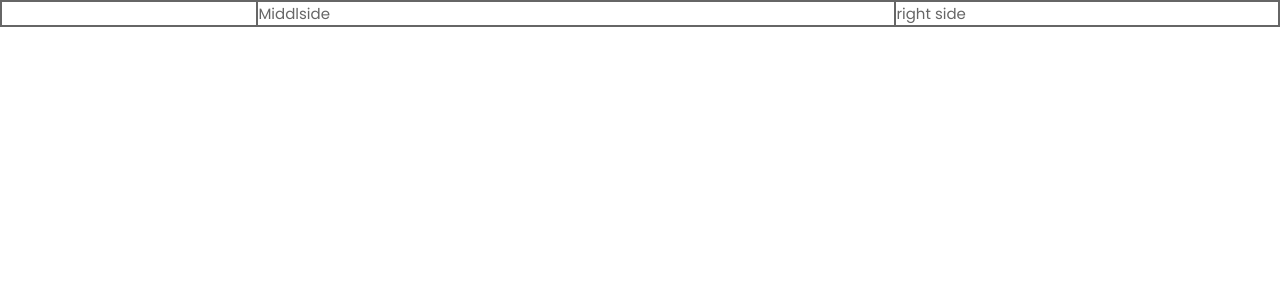
Repository: phantinhtam/IT_Moments
Page: / (app in client/)
These files come from the project's save history. The page is drawn as it stood at one moment and after a run of saves; the edit follows.
The browser window is 1280 px wide. The pictures show the whole page.
The project was rebuilt for these pictures with package versions that can differ from the ones it lists, and the page was loaded fresh each time. Also part of the build but not shown: client/src/slide.css, client/src/IG/leftSide.css, client/src/comporments/Header.jsx, client/src/comporments/Footer.jsx, client/src/comporments/Layout.jsx, client/src/pages/ErrorPage.jsx, client/src/comporments/PostAuthor.jsx, client/src/comporments/PostItem.jsx and 8 more.

Above is the page before, as saved 2024-08-24 10:44:14.

### client/public/index.html
<!DOCTYPE html>
<html lang="en">
  <head>
    <meta charset="utf-8" />
    <meta name="viewport" content="width=device-width, initial-scale=1" />
    <meta name="theme-color" content="#000000" />
    <meta
      name="description"
      content="Web site created using create-react-app"
    />


    <title>React App</title>
  </head>
  <body>
    <noscript>You need to enable JavaScript to run this app.</noscript>
    <div id="root"></div>

  </body>
</html>

### client/src/index.js
import React from 'react';
import ReactDOM from 'react-dom/client';
import {RouterProvider, createBrowserRouter } from 'react-router-dom';
import './index.css';
import './slide.css';
import './IG/leftSide.css'
import Layout from './comporments/Layout';
import ErrorPage from './pages/ErrorPage';
import Home from './pages/Home';
import PostDetail from './pages/PostDetail';
import Create from './pages/Create'
import Authors from './pages/Authors'
import PostDetail1 from './pages/Post_Detail1';
import App from './IG/App';



const router = createBrowserRouter([
  {
    path: "/",
    element:<Layout/>,
    errorElement: <ErrorPage/>,
    children: [
         {index: true, element: <Home /> },
         {path: "posts/:id", element: <PostDetail />},
         {path: "post/:id", element: <PostDetail1 />},
         {path: "authors", element: <Authors />},
         {path: "create", element: <Create />},



    ]

  }
])

const root = ReactDOM.createRoot(document.getElementById('root'));
root.render(
  <React.StrictMode>
    {/* <RouterProvider router={router}/> */}
    <App/>
  </React.StrictMode>
);

### client/src/index.css
/*=============== GOOGLE FONTS ===============*/
@import url("https://fonts.googleapis.com/css2?family=Lora:wght@400;500&family=Poppins:wght@400;500&display=swap");

/*=============== VARIABLES CSS ===============*/
:root {
  --header-height: 3.5rem;

  /*========== Colors ==========*/
  /*Color mode HSL(hue, saturation, lightness)*/
  --first-color: hsl(237, 57%, 55%);
  --second-color: hsl(221, 76%, 47%);
  --gradient-color: linear-gradient(75deg,
      var(--second-color) 12%,
      var(--first-color) 90%);
  --first-color-light: hsl(245, 53%, 26%);
  --first-color-dark: hsl(201, 41%, 46%);
  --title-color: hsl(260, 80%, 18%);
  --text-color: hsl(0, 0%, 100%);
  --text-color-light: hsl(260, 16%, 65%);
  --white-color: hsl(0, 0%, 100%);
  --body-color: hsl(0, 0%, 100%);
  --container-color: hsl(0, 0%, 100%);

  /*========== Font and typography ==========*/
  /*.5rem = 8px | 1rem = 16px ...*/
  --body-font: "Poppins", sans-serif;
  --second-font: "Lora", serif;
  --biggest-font-size: 2.75rem;
  --bigger-font-size: 2rem;
  --big-font-size: 1.75rem;
  --h1-font-size: 1.5rem;
  --h2-font-size: 1.25rem;
  --h3-font-size: 1rem;
  --normal-font-size: .938rem;
  --small-font-size: .813rem;
  --smaller-font-size: .75rem;

  /*========== Font weight ==========*/
  --font-width: 50%;
  --font-medium: 500;

  /*========== z index ==========*/
  --z-tooltip: 10;
  --z-fixed: 100;
}

/*========== Responsive typography ==========*/
@media screen and (min-width: 1152px) {
  :root {
    --container-color: #f0f0f0;
    --first-color: hsl(221, 33%, 81%);
    --title-color: #333;
    --text-color: #666;
    --body-color: #fff;
  }
}

/*=============== BASE ===============*/
* {
  box-sizing: border-box;
  padding: 0;
  margin: 0;
}

html {
  scroll-behavior: smooth;
}

body,
input,
button {
  font-family: var(--body-font);
  font-size: var(--normal-font-size);
}

body {
  background-color: var(--body-color);
  color: var(--text-color);
}

h1,
h2,
h3,
h4 {
  color: var(--title-color);
  font-weight: var(--font-regular);
}

ul {
  list-style: none;
}

a {
  text-decoration: none;
}

img {
  max-width: 100%;
  height: auto;
}

/*============Header===========*/

section {
  margin-top: 10rem;
}

.container {
  width: var(--container-color);
  margin-inline: auto;
}

.btn {
  display: inline-block;
  width: fit-content;
  padding: 0.55rem 1rem;
  border-radius: var(--gradient-color);
  background: var(--white-color);
  font-weight: 400;
  cursor: pointer;
  transition: all;
}

.btn.primary {
  background: var(--first-color);
  color: rgb(59, 59, 170);
}

.btn.category {
  background: var(--first-color);
  color: var(--container-color);
  font-size: 0.75rem;
  font-weight: 400;
}

.btn.sm {
  font-size: 0.8rem;
  padding: 0.3rem 0.7rem;
  font-weight: 500;
}


.center {
  text-align: center;
  padding-top: 5rem;
  margin-inline: center;
  display: block;
  width: 100%;
}

/*============================= NAVIGATION ==========================*/
/* nav {
  width: 100%;
  height: 3rem;
  display: grid;
  place-items: center;
  background: rgba(232, 232, 232, 0.599);
  position: fixed;
  top: 0;
  left: 0;
  z-index: 1;
  backdrop-filter: blur(20px);
}

.nav__container {
  display: flex;
  justify-content: space-between;
  align-items: center;
  height: 100%;
}

.nav__menu {
  display: flex;
  align-items: center;
  gap: 1rem;
} */
/* Đặt các thuộc tính cho nav */
/* Đặt các thuộc tính cho nav */
nav {
  background-color: #f8f9fa;
  padding: 10px 20px;
  box-shadow: 0 2px 4px rgba(0, 0, 0, 0.1);
}

.nav__container {
  display: flex;
  justify-content: space-between;
  align-items: center;
  font-size: 14px;
}

.nav__logo {
  margin-right: auto;
}

.nav__menu {
  list-style: none;
  display: flex;
  margin: 0;
  padding: 0;
}

.nav__menu li {
  margin-right: 20px;
}

.nav__menu li a {
  text-decoration: none;
  color: #007bff;
  font-size: 16px;
  font-weight: bold;
}

.nav__menu li a:hover {
  color: #0056b3;
  text-decoration: underline;
}

.nav__date-time {
  color: #666666;
  font-style: italic;
}
/*============================= POSTS ==========================*/
.container {
  display: grid;
  grid-template-columns: repeat(4, 1fr);
  gap: 2rem;
}

.post__container {
  grid-column: 1 / 4;
  display: grid;
  grid-template-columns: repeat(3, 1fr);
  gap: 2rem;
  padding: 2rem;
}

.post__container img {
  width: 400px;
  height: 200px;
}

.post {
  background: var(--container-color);
  border-radius: var(--first-color);
  padding: 1rem;
  transition: box-shadow 0.3s ease-in-out;
  cursor: pointer;
  display: flex;
  flex-direction: column;
  height: 100%;
}

.post:hover {
  box-shadow: 0 4px 8px rgba(0, 0, 0, 0.2);
}

.post__thumbnail {
  border-radius: var(--body-color);
  overflow: hidden;
  margin-bottom: 10px;
}

.post__thumbnail img {
  width: 100%;
  height: 200px;
  object-fit: cover;
  transition: transform 0.3s ease-in-out;
}

.post__thumbnail img:hover {
  transform: scale(1.05);
}

.post__content {
  display: flex;
  flex-direction: column;
  justify-content: space-between;
  height: 100%;
}

.post__content h3 {
  margin: 0.5rem 0 0.6rem;
  font-size: 1.2rem;
  font-weight: bold;
  min-height: 2.5rem;
  max-height: 2.5rem;
  overflow: hidden;
  text-overflow: ellipsis;
  white-space: nowrap;
  color: var(--title-color);
}

.post__content p {
  margin: 0.5rem 0;
  font-size: 0.9rem;
  color: var(--text-color);
  min-height: 3rem;
  max-height: 4rem;
  overflow: hidden;
  text-overflow: ellipsis;
}

.post__footer {
  display: flex;
  justify-content: space-between;
  align-items: flex-end;
  margin-top: 2rem;
}

.post__author {
  display: flex;
  align-items: flex-start;
  gap: 1rem;
}

.post__author-avatar {
  width: 2.5rem;
  height: 2.5rem;
  border-radius: 50%;
  overflow: hidden;
}

.post__author-avatar img {
  width: 100%;
  height: 100%;
  object-fit: cover;
  margin-bottom: 10px;
}

/*======================Sidear==============================*/
.sidebar {
  grid-column: 4 / 5;
  padding: 20px 10px;
  background: #f1f1f1; /* Màu nền nhạt hơn */
  margin-top: 60px;
  border-radius: 8px; /* Bo góc các cạnh */
  box-shadow: 0 4px 8px rgba(0, 0, 0, 0.1); /* Đổ bóng nhẹ */
}

.sidebar .LeftSide {
  display: flex;
  flex-direction: column;
}

.sidebar .LeftSide .Title-Left {
  padding: 20px 30px;
  border-top: 2px solid #ccc; /* Sử dụng màu xám nhạt */
}

.sidebar .LeftSide .Title {
  padding: 20px 30px;
  border-top: 2px solid #ccc;
  background-color: #ffffff; /* Màu nền trắng để nổi bật hơn */
  border-radius: 8px; /* Bo góc cho các phần bên trong */
  margin-top: 10px; /* Thêm khoảng cách giữa các bài đăng */
}

.sidebar .LeftSide .Title h3 {
  font-size: 22px;
  color: #333333; /* Màu chữ đậm hơn */
}

.sidebar .LeftSide .Title-Left h3 {
  font-size: 24px;
  color: #444444;
}

.sidebar .LeftSide .Title-Left a {
  font-size: 16px;
  color: #333; /* Màu xám tối để tạo sự hài hòa và dễ đọc */
  text-decoration: none;
  background-color: #f0f0f0; /* Màu nền sáng cho phần liên kết để nổi bật */
  border-radius: 4px; /* Bo góc cho liên kết để trông mềm mại hơn */
  padding: 4px 8px; /* Khoảng cách bên trong liên kết */
  display: inline-block; /* Để padding và background-color hoạt động đúng */
  transition: background-color 0.3s, color 0.3s; /* Hiệu ứng chuyển màu mượt mà khi hover */
}

.sidebar .LeftSide .Title-Left a:hover {
  color: #007bff; /* Màu xanh dương cho văn bản khi hover */
  background-color: #e6e6e6; /* Màu nền sáng hơn khi hover */
}

.sidebar .LeftSide .Title-Left a span {
  display: inline-block; /* Để phần span có thể nhận padding và background-color */
  padding: 2px 4px; /* Khoảng cách bên trong phần span */
}

.sidebar .LeftSide .Title ul {
  margin-top: 20px;
  color: #555555; /* Màu xám đậm */
}

.sidebar .LeftSide .Title ul li {
  list-style: none;
  margin-top: 10px; /* Thêm khoảng cách giữa các mục */
  font-weight: 600;
  cursor: pointer;
  color: #007bff; /* Màu xanh dương nhẹ */
  transition: color 0.3s ease; /* Hiệu ứng chuyển màu mượt mà */
}

.sidebar .LeftSide .Title ul li:hover {
  color: #0056b3; /* Đổi màu khi hover */
}

.sidebar .LeftSide .Title .font_post {
  margin-top: 10px;
  padding-left: 10px;
  color: #000;
  text-decoration: none;
}

.sidebar .LeftSide .Title .font_post:hover {
  color: #007bff; /* Đổi màu khi hover */
  text-decoration: underline;
}

.post-sidebar__thumbnail {
  max-height: 20rem; /* Giảm chiều cao để cân đối */
  overflow: hidden;
  margin: 10px 0 0 0; /* Giảm khoảng cách */
  border-radius: 8px; /* Bo góc cho hình ảnh */
}
/*======================= Post Detail==========================*/
.post-detail {
  padding: 20px;
  background-color: var(--body-color); /* Màu nền của trang */
}

.post-detail__container {
  display: flex;
  flex-direction: column;
  gap: 2rem; /* Khoảng cách giữa các bài viết */
}

/* Định dạng cho từng bài viết */
.post {
  display: flex;
  flex-direction: column;
  background-color: var(--container-color); /* Màu nền của bài viết */
  border-radius: 8px; /* Bo góc cho các phần tử */
  box-shadow: 0 4px 8px rgba(0, 0, 0, 0.1); /* Đổ bóng nhẹ */
  overflow: hidden; /* Ẩn phần tử tràn ra ngoài */
  transition: box-shadow 0.3s ease-in-out; /* Hiệu ứng chuyển tiếp cho đổ bóng */
}

.post:hover {
  box-shadow: 0 6px 12px rgba(0, 0, 0, 0.2); /* Tăng đổ bóng khi hover */
}

/* Định dạng cho phần hình ảnh thumbnail */
.thumbnail {
  width: 500px;
  height: 400px; /* Chiều cao cố định cho hình ảnh */
  overflow: hidden;
}

.thumbnail img {
  width: 100%;
  height: 100%;
  object-fit: cover; /* Đảm bảo hình ảnh phủ đầy không bị bóp méo */
  transition: transform 0.3s ease-in-out; /* Hiệu ứng chuyển tiếp cho hình ảnh */
}

.thumbnail img:hover {
  transform: scale(1.05); /* Phóng to hình ảnh khi hover */
}

/* Định dạng cho nội dung bài viết */
.content-pdetail {
  padding: 20px;
}

.content-pdetail h1 {
  font-size: 1.5rem;
  color: var(--title-color); /* Màu tiêu đề bài viết */
  margin-bottom: 10px;
}

.content-pdetail p {
  font-size: 1rem;
  color: var(--text-color); /* Màu văn bản */
  margin-bottom: 20px;
}
/*============================= Post Detail1 ==========================*/
.post-detail1 {
  padding-left: 300px;
  padding-right: 700px;
  background-color: var(--body-color); /* Màu nền của trang */
}
.content-pdetail1 h1{
  font-size: 30px;
  font-style: italic;
  color: var(--title-color); /* Màu tiêu đề bài viết */
  margin-bottom: 10px;
}
.content-pdetail1 p{
  font-size: 16px;
  color: var(--title-color); /* Màu tiêu đề bài viết */
  margin: 10px;
}
/* Định dạng cho phần hình ảnh thumbnail1 */
.thumbnail1 {
  width: 659,992px;
  height: 439.995px;
  margin: 10px;
  border-radius: 30px;
  object-fit: cover; /* Đảm bảo hình ảnh phủ đầy không bị bóp méo */
}

.thumbnail1 img {
  width: 100%;
  height: 100%;
  transition: transform 0.3s ease-in-out; /* Hiệu ứng chuyển tiếp cho hình ảnh */
}

.thumbnail1 img:hover {
  transform: scale(1.05); /* Phóng to hình ảnh khi hover */
}

### client/src/IG/App.jsx
import './App.css';
import leftSide  from '../IG/leftSide';
function App(){
    return(
        <div className="App">
            <div className='leftSideHome'>
             <leftSide/>
            </div>
            <div className='middlSide'>
              Middlside
            </div>
            <div className='rightSide'>
                right side
            </div>
        </div>
    )
}

export default App;

### client/src/IG/App.css
.App{
    padding: 0;
    margin: 0;
    box-sizing: border-box;
    border: 1px solid;
    display: flex;
}
.leftSideHome{
    flex: 0.2;
    border: 1px solid;
}
.middlSide{
    flex: 0.5;
    border: 1px solid;
}
.rightSide{
    border: 1px solid;
    flex: 0.3;
}

### client/src/IG/leftSide.jsx
import React from 'react'

const leftSide = () => {
  return (
    <div>
    Left Side
    </div>
  )
}

export default leftSide

After the next 2 saves:
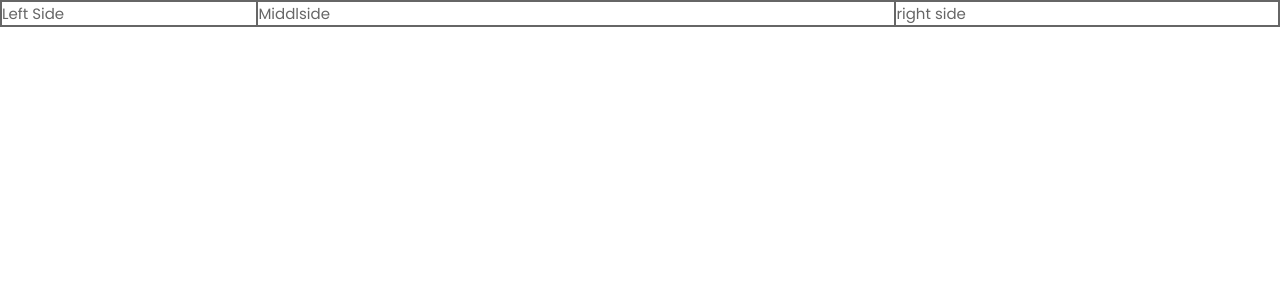
The 2 saves are shown as one change because they came seconds apart.
The last was saved 23 s later.
--- a/client/src/IG/App.jsx
+++ b/client/src/IG/App.jsx
@@ -1,10 +1,10 @@
 import './App.css';
-import leftSide  from '../IG/leftSide';
+import LeftSide  from '../IG/leftSide';
 function App(){
     return(
         <div className="App">
             <div className='leftSideHome'>
-             <leftSide/>
+             <LeftSide/>
             </div>
             <div className='middlSide'>
               Middlside
